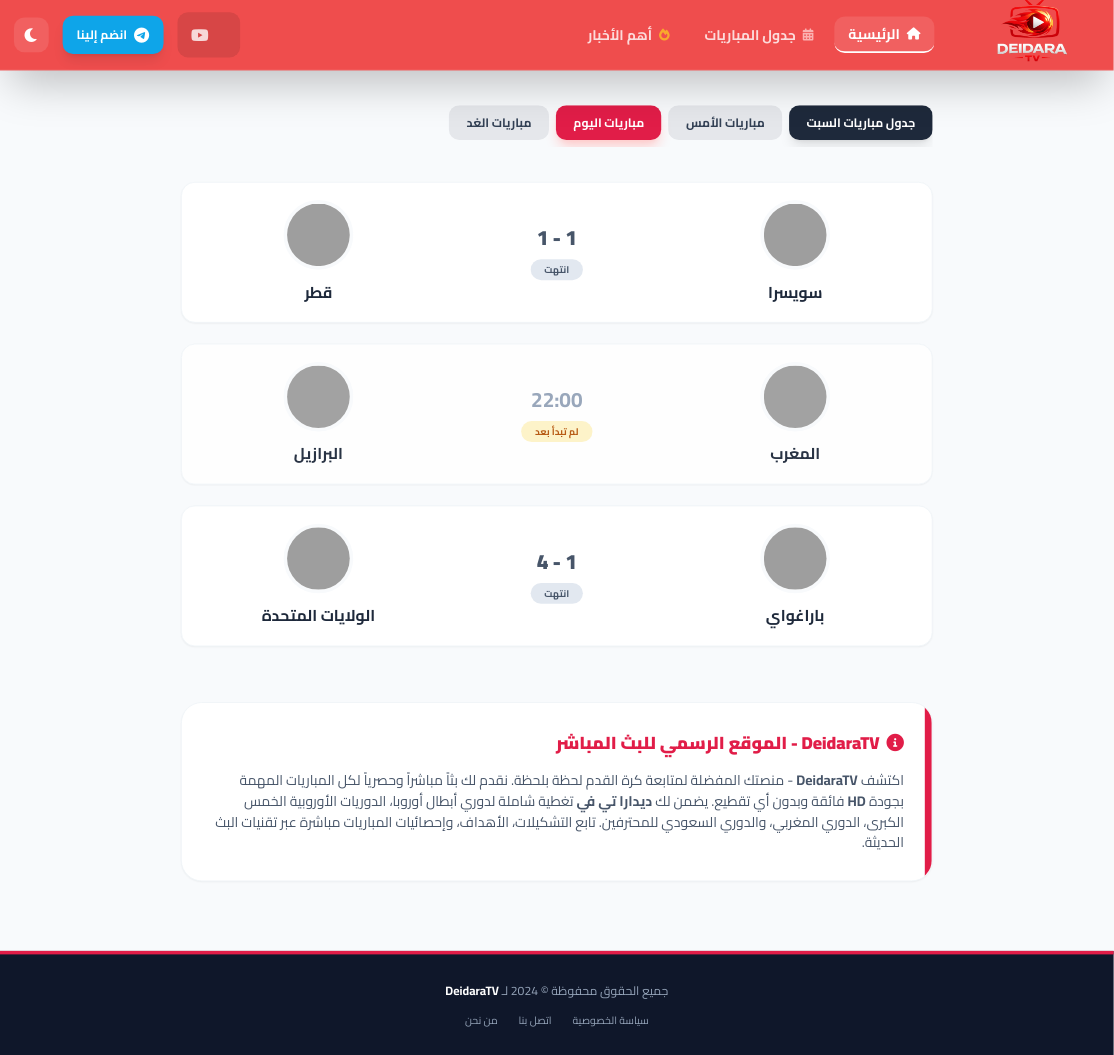
Repository: zakariax05/deidaraTV
Page: index.html
An editor plug-in stored every save of this project. The page is shown before and after the next save, followed by the edit.
The browser window is 1280 px wide. The pictures show the whole page, at 87% of full size.
Pictures or frames that could not be fetched are drawn as grey boxes. Some web libraries are served in a nearby version.

Above is the page before, as saved 2026-06-14 02:29:00.

### index.html
<!DOCTYPE html>
<html lang="ar" dir="rtl">

<head>
  <meta charset="UTF-8">
  <meta name="viewport" content="width=device-width, initial-scale=1.0">
  <title>DeidaraTV - ديدارا تي في | بث مباشر للمباريات</title>
  <script src="https://cdn.tailwindcss.com"></script>
  <link href="https://cdnjs.cloudflare.com/ajax/libs/font-awesome/6.0.0/css/all.min.css" rel="stylesheet">
  <style>
    @import url('https://fonts.googleapis.com/css2?family=Cairo:wght@400;600;700;900&display=swap');

    body {
      font-family: 'Cairo', sans-serif;
      background-color: #f8fafc;
    }

    .match-card {
      transition: all 0.3s ease;
    }

    .match-card:hover {
      transform: scale(1.01);
      box-shadow: 0 10px 20px -5px rgba(0, 0, 0, 0.1);
    }

    .bg-red-primary {
      background-color: #e11d48;
    }

    .text-red-primary {
      color: #e11d48;
    }

    .border-red-primary {
      border-color: #e11d48;
    }
  </style>
</head>

<body class="text-slate-800">

  <!-- Header / الهيدر -->
  <!-- الهيدر المطور للرئيسية - DeidaraTV -->
  <header
    class="bg-red-500 text-white shadow-2xl sticky top-0 z-[100] backdrop-blur-md bg-opacity-95 border-b border-white/10">
    <div class="container mx-auto px-4">
      <div class="flex justify-between items-center h-16 md:h-20">

        <!-- القسم الأيمن: الشعار والقائمة -->
        <div class="flex items-center gap-6 md:gap-10">
          <!-- اللوجو مع ميزة إعادة التحميل -->
          <div onclick="window.location.reload()"
            class="flex items-center gap-3 cursor-pointer group select-none transition-transform active:scale-95">
            <img src="imgs/logo-deidaratv.png" alt="DeidaraTV Logo Badge"
              class="h-16 md:h-[150px] w-auto object-contain transition-all hover:scale-105">

          </div>

          <!-- الروابط الأساسية (تظهر في الشاشات الكبيرة) -->
          <nav class="hidden lg:flex items-center gap-2">
            <a href="#"
              class="flex items-center gap-2 px-4 py-2 rounded-xl bg-white/10 hover:bg-white/20 transition-all font-bold border-b-2 border-white">
              <i class="fas fa-home text-sm"></i> الرئيسية
            </a>
            <a href="#"
              class="flex items-center gap-2 px-4 py-2 rounded-xl hover:bg-white/10 transition-all font-bold opacity-80 hover:opacity-100">
              <i class="fas fa-calendar-alt text-sm text-red-200"></i> جدول المباريات
            </a>
            <a href="#"
              class="flex items-center gap-2 px-4 py-2 rounded-xl hover:bg-white/10 transition-all font-bold opacity-80 hover:opacity-100">
              <i class="fas fa-fire text-sm text-amber-400"></i> أهم الأخبار
            </a>
          </nav>
        </div>

        <!-- القسم الأيسر: أيقونات التواصل والأدوات -->
        <div class="flex items-center gap-2 md:gap-4">

          <!-- أيقونات التواصل الاجتماعي بتنسيق أرقى -->
          <div class="hidden sm:flex items-center bg-black/10 rounded-xl px-2 py-1 gap-1">
            <a href="#" class="p-2 hover:bg-white/10 rounded-lg transition-colors text-white/80 hover:text-white"
              title="Twitter">
              <i class="fab fa-x-twitter text-lg"></i>
            </a>
            <a href="#" class="p-2 hover:bg-white/10 rounded-lg transition-colors text-white/80 hover:text-white"
              title="YouTube">
              <i class="fab fa-youtube text-lg"></i>
            </a>
          </div>

          <!-- زر تليجرام (مميز بلونه الخاص) -->
          <a href="#"
            class="bg-sky-500 hover:bg-sky-400 text-white p-2 md:px-4 md:py-2 rounded-xl transition-all shadow-lg flex items-center gap-2 font-bold text-sm">
            <i class="fab fa-telegram-plane text-lg"></i>
            <span class="hidden md:inline">انضم إلينا</span>
          </a>

          <!-- زر الوضع الليلي -->
          <button
            class="w-10 h-10 flex items-center justify-center rounded-xl bg-white/10 hover:bg-white/20 transition-colors">
            <i class="fas fa-moon text-lg"></i>
          </button>

          <!-- زر الموبايل -->
          <button class="lg:hidden w-10 h-10 flex items-center justify-center rounded-xl bg-white/10 hover:bg-white/20">
            <i class="fas fa-bars text-xl"></i>
          </button>
        </div>

      </div>
    </div>
  </header>

  <!-- Content / المحتوى الرئيسي -->
  <main class="container mx-auto px-4 max-w-4xl mt-10 pb-20">

    <!-- الأزرار العلوية -->
    <div class="flex flex-wrap justify-start gap-2 mb-10 overflow-x-auto pb-2">
      <button class="px-5 py-2.5 bg-slate-800 text-white rounded-xl text-sm font-bold whitespace-nowrap shadow-lg">جدول
        مباريات السبت</button>
      <button
        class="px-5 py-2.5 bg-gray-200 hover:bg-gray-300 text-slate-700 rounded-xl text-sm font-bold transition whitespace-nowrap">مباريات
        الأمس</button>
      <button
        class="px-5 py-2.5 bg-red-primary text-white rounded-xl text-sm font-bold shadow-lg shadow-red-200 whitespace-nowrap">مباريات
        اليوم</button>
      <button
        class="px-5 py-2.5 bg-gray-200 hover:bg-gray-300 text-slate-700 rounded-xl text-sm font-bold transition whitespace-nowrap">مباريات
        الغد</button>
    </div>

    <!-- قائمة المباريات -->
    <div class="space-y-6">

      <!-- مباراة مباشرة -->
      <div
        class="match-card bg-white rounded-2xl p-5 flex items-center justify-between border border-slate-100 shadow-sm">
        <div class="flex flex-col items-center w-1/3">
          <img src="https://flagcdn.com/w160/ch.png" alt="سويسرا"
            class="w-14 h-14 md:w-20 md:h-20 rounded-full object-cover border-4 border-slate-50 shadow-inner mb-3">
          <span class="font-bold text-sm md:text-lg">سويسرا</span>
        </div>

        <div class="flex flex-col items-center w-1/3">
          <div class="text-2xl font-black text-slate-600 mb-2">1 - 1</div>
          <span class="bg-slate-200 text-slate-600 text-[11px] px-4 py-1 rounded-full font-bold">انتهت</span>
        </div>

        <div class="flex flex-col items-center w-1/3">
          <img src="https://flagcdn.com/w160/qa.png" alt="قطر"
            class="w-14 h-14 md:w-20 md:h-20 rounded-full object-cover border-4 border-slate-50 shadow-inner mb-3">
          <span class="font-bold text-sm md:text-lg">قطر</span>
        </div>
      </div>

      <!-- مباراة المغرب (لم تبدأ) -->
      <!-- قمت بتغيير الـ div الأول إلى a وإضافة الرابط و cursor-pointer -->
      <a href="watching-page.html"
        class="match-card bg-white rounded-2xl p-5 flex items-center justify-between border border-slate-100 shadow-sm opacity-95 cursor-pointer hover:bg-slate-50 transition-all block">

        <!-- الفريق الأول -->
        <div class="flex flex-col items-center w-1/3">
          <img src="https://flagcdn.com/w160/ma.png" alt="المغرب"
            class="w-14 h-14 md:w-20 md:h-20 rounded-full object-cover border-4 border-slate-50 shadow-inner mb-3">
          <span class="font-bold text-sm md:text-lg text-slate-800">المغرب</span>
        </div>

        <!-- توقيت المباراة -->
        <div class="flex flex-col items-center w-1/3">
          <div class="text-2xl font-bold text-slate-400 mb-2">22:00</div>
          <span class="bg-amber-100 text-amber-700 text-[11px] px-4 py-1 rounded-full font-bold">لم تبدأ
            بعد</span>
        </div>

        <!-- الفريق الثاني -->
        <div class="flex flex-col items-center w-1/3">
          <img src="https://flagcdn.com/w160/br.png" alt="البرازيل"
            class="w-14 h-14 md:w-20 md:h-20 rounded-full object-cover border-4 border-slate-50 shadow-inner mb-3">
          <span class="font-bold text-sm md:text-lg text-slate-800">البرازيل</span>
        </div>
      </a>

      <!-- مباراة منتهية -->
      <div
        class="match-card bg-white rounded-2xl p-5 flex items-center justify-between border border-slate-100 shadow-sm bg-slate-50/50">
        <div class="flex flex-col items-center w-1/3">
          <img src="https://flagcdn.com/w160/py.png" alt="باراغواي"
            class="w-14 h-14 md:w-20 md:h-20 rounded-full object-cover border-4 border-slate-50 shadow-inner mb-3">
          <span class="font-bold text-sm md:text-lg">باراغواي</span>
        </div>

        <div class="flex flex-col items-center w-1/3">
          <div class="text-2xl font-black text-slate-600 mb-2">1 - 4</div>
          <span class="bg-slate-200 text-slate-600 text-[11px] px-4 py-1 rounded-full font-bold">انتهت</span>
        </div>

        <div class="flex flex-col items-center w-1/3">
          <img src="https://flagcdn.com/w160/us.png" alt="الولايات المتحدة"
            class="w-14 h-14 md:w-20 md:h-20 rounded-full object-cover border-4 border-slate-50 shadow-inner mb-3">
          <span class="font-bold text-sm md:text-lg">الولايات المتحدة</span>
        </div>
      </div>

    </div>

    <!-- SEO / قسم المعلومات -->
    <section
      class="mt-16 bg-white rounded-3xl p-8 border border-slate-100 shadow-sm leading-relaxed relative overflow-hidden">
      <div class="absolute top-0 right-0 w-2 h-full bg-red-primary"></div>
      <h2 class="text-red-primary font-black text-xl mb-4 flex items-center gap-2">
        <i class="fas fa-info-circle"></i> DeidaraTV - الموقع الرسمي للبث المباشر
      </h2>
      <p class="text-slate-600 text-sm md:text-base leading-8">
        اكتشف <strong>DeidaraTV</strong> - منصتك المفضلة لمتابعة كرة القدم لحظة بلحظة. نقدم لك بثاً مباشراً
        وحصرياً لكل المباريات المهمة بجودة <strong>HD</strong> فائقة وبدون أي تقطيع. يضمن لك <strong>ديدارا تي
          في</strong> تغطية شاملة لدوري أبطال أوروبا، الدوريات الأوروبية الخمس الكبرى، الدوري المغربي، والدوري
        السعودي للمحترفين. تابع التشكيلات، الأهداف، وإحصائيات المباريات مباشرة عبر تقنيات البث الحديثة.
      </p>
    </section>

  </main>

  <!-- Footer / الفوتر -->
  <footer class="bg-slate-900 text-slate-400 py-8 text-center border-t-4 border-red-primary">
    <div class="container mx-auto px-4">
      <p class="text-sm">جميع الحقوق محفوظة &copy; 2024 لـ <span class="text-white font-bold">DeidaraTV</span></p>
      <div class="flex justify-center gap-6 mt-4 text-xs">
        <a href="#" class="hover:text-white">سياسة الخصوصية</a>
        <a href="#" class="hover:text-white">اتصل بنا</a>
        <a href="#" class="hover:text-white">من نحن</a>
      </div>
    </div>
  </footer>

</body>

</html>

After the next save:
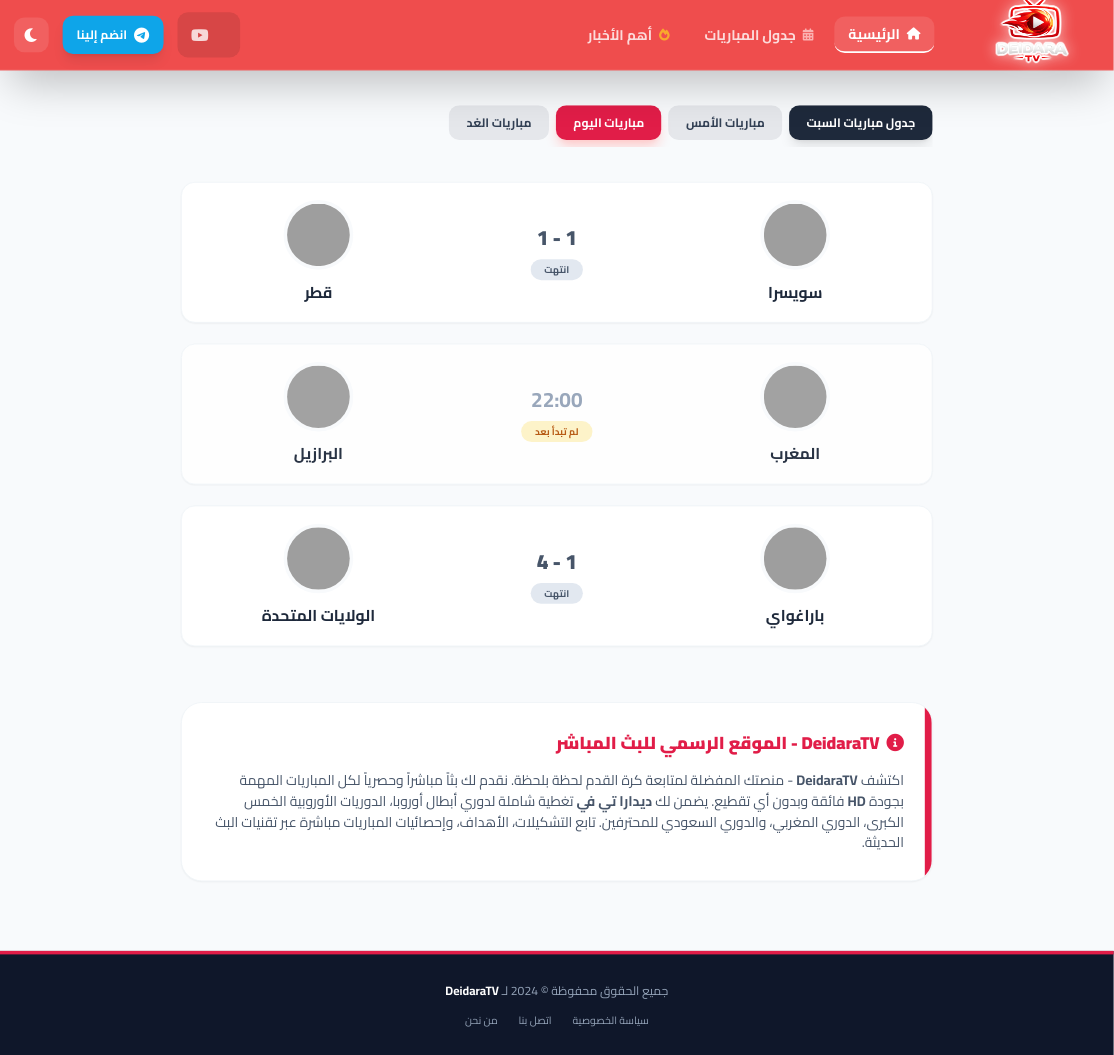
Saved 62 s later.
--- a/index.html
+++ b/index.html
@@ -52,8 +52,9 @@
           <!-- اللوجو مع ميزة إعادة التحميل -->
           <div onclick="window.location.reload()"
             class="flex items-center gap-3 cursor-pointer group select-none transition-transform active:scale-95">
-            <img src="imgs/logo-deidaratv.png" alt="DeidaraTV Logo Badge"
-              class="h-16 md:h-[150px] w-auto object-contain transition-all hover:scale-105">
+            <img src="imgs/logo-deidaratv.png" alt="DeidaraTV Logo"
+              class="h-16 md:h-[150px] w-auto object-contain group-hover:brightness-110 transition-all"
+              style="filter: drop-shadow(1px 1px 0px #fff) drop-shadow(-1px -1px 0px #fff) drop-shadow(1px -1px 0px #fff) drop-shadow(-1px 1px 0px #fff) drop-shadow(0px 0px 8px rgba(255,255,255,0.6));">
 
           </div>
 
